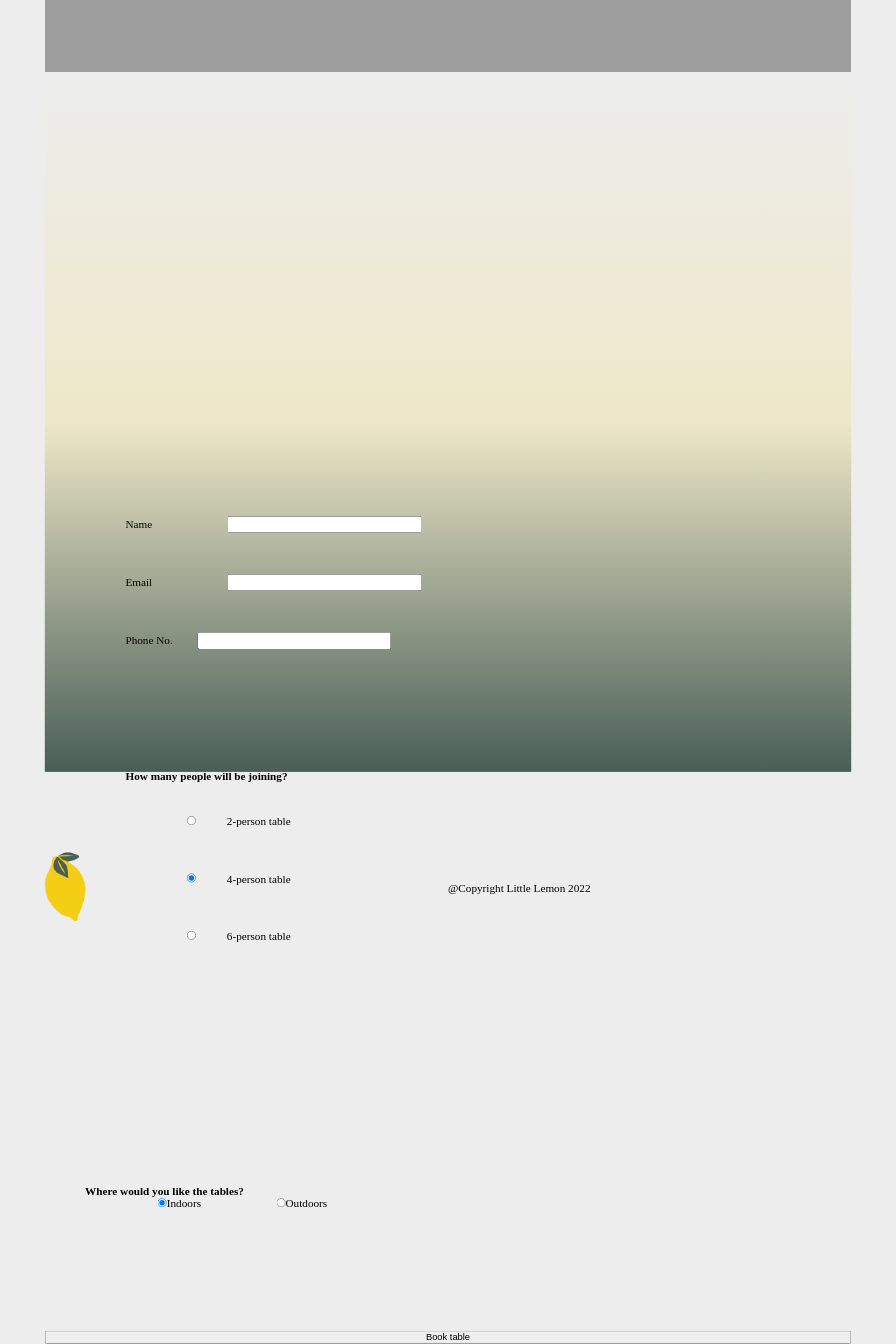
Repository: klone007/littleLemon
Page: index.html
These files come from the project's save history. The page is drawn as it stood at one moment and after the next save; the edit follows.
The browser window is 1280 px wide. The pictures show the part of the page from y = 2864 to 4784 px (the page is 4784 px tall before and 4554 px after), at 70% of full size.
Pictures or frames that could not be fetched are drawn as grey boxes. A picture or video elsewhere on the page could not be fetched, so the positions and the page height are approximate. Backgrounds fixed to the window are drawn as part of the page.

Above is the page before, as saved 2022-11-17 13:41:28.

### index.html
<!DOCTYPE html>
<html lang="en">
<head>
    <meta charset="UTF-8">
    <meta http-equiv="X-UA-Compatible" content="IE=edge">
    <meta name="viewport" content="width=device-width, initial-scale=1.0">
    <title>Little Lemon</title>
    <meta name="author" content="Owned by Maria & Jason">
    <meta name="description" content="Little lemon restaurant">

    <link rel="stylesheet" href="./styles.css">
    <link rel="stylesheet" href="./docs/flickity.css" media="screen">
</head>
<body>
    <script src="./docs/flickity.pkgd.min.js"></script>

<nav class="top-nav navbar-fixed-top">
    <header>
        <a href="#Home">
            <img src="./img/Asset 20@4x.png" alt="logo" />
        </a>
    </header>
    <input id="menu-toggle" type="checkbox" />
    <label class='menu-button-container' for="menu-toggle">
    <div class='menu-button'></div>
  </label>
    <ul class="menu">
        <li><a href="#Home">Home</a></li>
        <li><a href="#Menu">Menu</a></li>
        <li><a href="#mainBook">Book</a></li>
        <li><a href="#About">About</a></li>
    </ul>
</nav>


    <main>
        <h1 id="Home">Our Featured</h1>
        <section class="gallery js-flickity" data-flickity-options='{ "wrapAround": true }'>
            <div class="gallery-cell">
                <img src="https://external-content.duckduckgo.com/iu/?u=https%3A%2F%2Fwww.sightseeingtoursitaly.com%2Fwp-content%2Fuploads%2F2019%2F06%2FFamous-Italian-dishes.jpg&f=1&nofb=1&ipt=5f17ed8798b09670346a59e0c6dda9133987f1fbc826aab0525b9c7dfd5eefc6&ipo=images" alt="" loading="lazy" />
            </div>
            <div class="gallery-cell">
                <img src="https://external-content.duckduckgo.com/iu/?u=https%3A%2F%2Fcdn.websites.hibu.com%2F42205d4164494aec9952633686609fc8%2Fdms3rep%2Fmulti%2Fshutterstock_1048781273.jpg&f=1&nofb=1&ipt=9319afd718bb88107d86b2624e313065a7d3a600e22631227c980300d2d9ea5e&ipo=images" alt="" loading="lazy" />
            </div>
            <div class="gallery-cell">
                <img src="https://external-content.duckduckgo.com/iu/?u=https%3A%2F%2Fdianashealthyliving.com%2Fwp-content%2Fuploads%2F2019%2F09%2FItalian-food-Depositphotos_.jpg&f=1&nofb=1&ipt=6b3899b664b8c8aa324edf4a5f0cf548525f48ccb5f7a4fc71eac060adbfea16&ipo=images" alt="" loading="lazy" />
            </div>
            <div class="gallery-cell">
                <img src="https://external-content.duckduckgo.com/iu/?u=https%3A%2F%2Fwww.lux-review.com%2Fwp-content%2Fuploads%2F2020%2F03%2FPasta-1.jpg&f=1&nofb=1&ipt=236038c1ddcf4aa03c9a1fd1d1489bc57e1f28b597d5af0d285d39a5f3813c10&ipo=images" alt="" />
            </div>
            <div class="gallery-cell">
                <img src="https://external-content.duckduckgo.com/iu/?u=https%3A%2F%2Fthepointsguy.co.uk%2Fwp-content%2Fuploads%2F2020%2F09%2FGettyImages-599272840.jpg&f=1&nofb=1&ipt=aed47e269af3bf5fa11b8c201e77a3612dee3b5e70cd9f18d9500c28e0df9f67&ipo=images" alt="" loading="lazy" />
            </div>
        </section>

        <h1 id="Menu">Menu</h1>
        <section id="mainMenu">
            <article>
                <h3>Dish 1</h3>
                <div>
                    <img src="https://external-content.duckduckgo.com/iu/?u=https%3A%2F%2Fwww.trbimg.com%2Fimg-58b999a4%2Fturbine%2Fct-chicago-modern-classics-food-0308-20170303&f=1&nofb=1&ipt=e55a6103835e539b9ddba910f3aa8f07babc50ec035bc059d606dd24fa5a5659&ipo=images" alt="" />
                    <p>Lorem ipsum dolor sit amet consectetur adipisicing elit. Labore inventore rem quos repellat fugiat consequatur numquam, sapiente aperiam culpa aliquid maiores asperiores! Alias eligendi odit, vero amet aut quia non?</p>
                </div>
            </article>
            <article>
                <h3>Dish 2</h3>
                <div>
                    <img src="https://external-content.duckduckgo.com/iu/?u=https%3A%2F%2Fwww.webivm.com%2Fwp-content%2Fuploads%2F2016%2F12%2FFood-Photos.jpg&f=1&nofb=1&ipt=6a3492d880aad37e76e2c229f1153e1a0fc916bf886f3e4d2b33b8b43cbbb8ba&ipo=images" alt="" />
                    <p>Lorem ipsum dolor sit amet consectetur adipisicing elit. Labore inventore rem quos repellat fugiat consequatur numquam, sapiente aperiam culpa aliquid maiores asperiores! Alias eligendi odit, vero amet aut quia non?</p>
                </div>
            </article>
            <article>
                <h3>Dish 3</h3>
                <div>
                    <img src="https://external-content.duckduckgo.com/iu/?u=https%3A%2F%2Fwww.food-management.com%2Fsites%2Ffood-management.com%2Ffiles%2Fstyles%2Farticle_featured_retina%2Fpublic%2FHawaiiPromo_BU_1.jpg%3Fitok%3Dl8BccNDz&f=1&nofb=1&ipt=f5ae2a2fe3e9c6f5db3d1dd3f7cba8346bc18a211ab68dd1c32996616daafb87&ipo=images" alt="" />
                    <p>Lorem ipsum dolor sit amet consectetur adipisicing elit. Labore inventore rem quos repellat fugiat consequatur numquam, sapiente aperiam culpa aliquid maiores asperiores! Alias eligendi odit, vero amet aut quia non?</p>
                </div>
            </article>
            <article>
                <h3>Dish 4</h3>
                <div>
                    <img src="https://external-content.duckduckgo.com/iu/?u=https%3A%2F%2Fmoroccanfoodtour.com%2Fwp-content%2Fuploads%2F2020%2F05%2FMFT-Tetouan-Food-Tour-5.jpg&f=1&nofb=1&ipt=5d10271906c29c0f482e9af2e71def8f1021706b03ddfc3b13a227a26cf32f92&ipo=images" alt="" />
                    <p>Lorem ipsum dolor sit amet consectetur adipisicing elit. Labore inventore rem quos repellat fugiat consequatur numquam, sapiente aperiam culpa aliquid maiores asperiores! Alias eligendi odit, vero amet aut quia non?</p>
                </div>
            </article>
            <article>
                <h3>Dish 5</h3>
                <div>
                    <img src="https://external-content.duckduckgo.com/iu/?u=https%3A%2F%2Fimg.choice.com.au%2F-%2Fmedia%2Ff738b5b9623b4c90ad0837f98b0ea96b.ashx&f=1&nofb=1&ipt=1635fb9e31ba85f9b28735716f80466546eed1ee7c42d5bcbd6a9909df5d35f2&ipo=images" alt="" />
                    <p>Lorem ipsum dolor sit amet consectetur adipisicing elit. Labore inventore rem quos repellat fugiat consequatur numquam, sapiente aperiam culpa aliquid maiores asperiores! Alias eligendi odit, vero amet aut quia non?</p>
                </div>
            </article>
            <article>
                <h3>Dish 6</h3>
                <div>
                    <img src="https://external-content.duckduckgo.com/iu/?u=https%3A%2F%2Fwww.charlottefashionplate.com%2Fwp-content%2Fuploads%2F2019%2F04%2FFullSizeRender-2019-09-12T093414.937-e1568295666416.jpg&f=1&nofb=1&ipt=a75d703fefdf0bc48c22dafd73ad0c617d56c21db92b64727021d744cfa860a5&ipo=images" alt="" />
                    <p>Lorem ipsum dolor sit amet consectetur adipisicing elit. Labore inventore rem quos repellat fugiat consequatur numquam, sapiente aperiam culpa aliquid maiores asperiores! Alias eligendi odit, vero amet aut quia non?</p>
                </div>
            </article>
        </section>

        <h1 id="About">About</h1>
        <section id="mainAbout">
            <div class="myDIV">
                 <img src="https://external-content.duckduckgo.com/iu/?u=https%3A%2F%2Fst3.depositphotos.com%2F2572561%2F16353%2Fi%2F950%2Fdepositphotos_163534638-stock-photo-two-famous-chefs-discuss-their.jpg&f=1&nofb=1&ipt=b503cf392cbfb92c1189adf6e87bce2d96b5f10e32ff79c8c39acd97c9648224&ipo=images" alt="Little Lemon's chefs" loading="lazy" />
            </div>
            <!-- <div class="hide">
                The image used is stock image from google images.
            </div> -->

            <p>
                Based in Chicago, Illinois, <strong>Little Lemon is a family-owned Mediterranean restaurant</strong>, focused on <strong>traditional recipes served with a
                modern twist.</strong> The chefs draw inspiration from Italian, Greek, and Turkish culture and have a menu of 12–15 items that they rotate
                seasonally. The restaurant has a rustic and relaxed atmosphere with moderate prices, making it a <strong>popular place for a meal any time of
                the day.</strong>
                <br /> <br />
                Little Lemon is <strong>owned by</strong>two Italian brothers, <strong>Mario and Adrian</strong>, who moved to the United States to pursue their shared dream of owning a restaurant.
                To craft the menu, Mario relies on family recipes and his experience as a chef in Italy. Adrian does all the marketing for the restaurant and led the
                effort to expand the menu beyond classic Italian to incorporate additional cuisines from the Mediterranean region.
            </p>
        </section>
        <section id="mainBook">
            <h1>Book</h1>
            <div class="parallax"></div>

            <form class="content" method="post" >

                    <label for="user_Name">Name
                        <input type="text" id="user_Name" name="user_Name" required/>
                    </label>
                    <label for="user_Email">Email
                        <input type="email" id="user_Email" name="user_Email" required/>
                    </label>

                <label for="user_Phone">Phone No.
                    <input type="tel" id="user_Phone" name="user_Phone"/>
                </label>
                <fieldset id="size">
                    <p><strong>How many people will be joining?</strong></p>
                    <label><input type="radio" value="2" name="size" />2-person table</label><br>
                    <label><input type="radio" value="4" name="size" checked/>4-person table</label><br>
                    <label><input type="radio" value="6" name="size" />6-person table</label>
                </fieldset>
                <fieldset id="location">
                    <p><strong>Where would you like the tables?</strong></p>
                    <label><input type="radio" value="indoors" name="location" checked/>Indoors</label>
                    <label><input type="radio" value="outdoors" name="location" />Outdoors</label>
                </fieldset>
                <button type="submit">Book table</button>

            </form>
        </section>
    </main>
    <footer>
        <div >
            <img src="./img/Asset 9@4x.png" alt=""></img>
        </div>
        <div >
            <p>@Copyright Little Lemon 2022</p>
        </div>
    </footer>


</body>
</html>

### styles.css
:root {
    --lemonYelow:#f4ce14;
    --lemonGreen: #495e57;
}


*{
    margin:0;
    padding:0;
    -webkit-box-sizing: border-box;
    box-sizing: border-box;
}

body {
    background-color: #ededed;
    margin-top: 1rem;
    margin-bottom: 1rem;
    margin-left: 5%;
    margin-right: 5%;
}

header  img {
    display: block;
    margin-left: auto;
    margin-right: auto;
    max-width:3rem;
    min-height:3rem;
    animation-duration: 2s;
    animation-name: slideinLeft;
}

.top-nav  ul {
    list-style: none;
    animation-duration: 2s;
    animation-name: slideinRight;
}

.top-nav a {
    text-decoration: none;
    /* color:rgb(252, 227, 8); */
    color:white;
    padding: 10px 30px;
}

.top-nav a:hover {
    color: var(--lemonYelow);
    transform: scale(0.7);
}

.top-nav {
    display: flex;
    flex-direction: row;
    align-items: center;
    justify-content: space-between;
    background-color: #00BAF0;
    /* background: linear-gradient(to left, #214900ef, #ffe5511e); */
    background: linear-gradient(to left, #495e57, #f4cf142c);

    /* W3C, IE 10+/ Edge, Firefox 16+, Chrome 26+, Opera 12+, Safari 7+ */
    color: #FFF;
    height: 50px;
    padding: 1em;
    margin-top: 3%;


  }

  .menu {
    display: flex;
    flex-direction: row;
    list-style-type: none;
    margin: 0;
    padding: 0;
  }

  .menu > li {
    margin: 0 1rem;
    overflow: hidden;
  }

  .menu-button-container {
    display: none;
    height: 100%;
    width: 30px;
    cursor: pointer;
    flex-direction: column;
    justify-content: center;
    align-items: center;
  }

  #menu-toggle {
    display: none;
  }

  .menu-button,
  .menu-button::before,
  .menu-button::after {
    display: block;
    background-color: #fff;
    position: absolute;
    height: 4px;
    width: 30px;
    transition: transform 400ms cubic-bezier(0.23, 1, 0.32, 1);
    border-radius: 2px;
  }

  .menu-button::before {
    content: '';
    margin-top: -8px;
  }

  .menu-button::after {
    content: '';
    margin-top: 8px;
  }

  #menu-toggle:checked + .menu-button-container .menu-button::before {
    margin-top: 0px;
    transform: rotate(405deg);
  }

  #menu-toggle:checked + .menu-button-container .menu-button {
    background: rgba(255, 255, 255, 0);
  }

  #menu-toggle:checked + .menu-button-container .menu-button::after {
    margin-top: 0px;
    transform: rotate(-405deg);
  }

  @media (max-width: 700px) {
    .menu-button-container {
      display: flex;
    }
    .menu {
        z-index:1000;
      position: absolute;
      top: 50px;
      margin-top: 50px;
      left: 0;
      flex-direction: column;
      width: 100%;
      justify-content: center;
      align-items: center;
    }
    #menu-toggle ~ .menu li {
      height: 0;
      margin: 0;
      padding: 0;
      border: 0;
      transition: height 400ms cubic-bezier(0.23, 1, 0.32, 1);
    }
    #menu-toggle:checked ~ .menu li {
      border: 1px solid #333;
      height: 3.5em;
      padding: 0.5em;
      transition: height 400ms cubic-bezier(0.23, 1, 0.32, 1);
    }
    .menu > li {
      display: flex;
      justify-content: center;
      margin: 0;
      padding: 0.5em 0;
      width: 100%;
      color: white;
      background-color: #222;
    }
    .menu > li:not(:last-child) {
      border-bottom: 1px solid #444;
    }
  }

  .navbar-fixed-top{
    position: -webkit-sticky;
    position: sticky;
    top: 0px;
    z-index: 99999;
  }

/* nav {
display: flex;
justify-content: space-between;
}

header > img {
    display: block;
    margin-left: auto;
    margin-right: auto;
    max-width:5rem;
    min-height:5rem;
}

nav  ul {
    list-style: none;
    display: flex;
    justify-content: center;
    align-items: center;

}

nav a:link {
    text-decoration: none;
    color: rgb(5, 107, 5);
    padding: 10px 50px;

}

nav a:hover {
    background-color: green;
    color: antiquewhite;
} */




main  h1 {
    display: flex;
    justify-content: center;
    align-items: center;
    margin-top:5%;
    margin-bottom:3%;
    color:var(--lemonGreen);
    padding-top: 1rem;
}

main  h1:hover{
    /* animation: 1s 1 forwards pulse */
    transform: scale(1.2);
    transition: 0.5s ease-in-out;
}

main img {
    max-width:100%;
    min-height: 100%;
}

.gallery {
    background: #EEE;
    margin-bottom: 5%;
  }

  .gallery-cell {
    width: 50vw;
    height: 30vh;
    margin-left: 10px;
    counter-increment: gallery-cell;
  }

  /* cell number */
  .gallery-cell:before {
    display: block;
    text-align: center;
    content: "";
    line-height: 200px;
    font-size: 80px;
    color: white;
  }



  #mainMenu {
    display: flex;
    flex-wrap: wrap;
    overflow: auto;

}
#mainMenu div {
    display: flex;
    justify-content: center;
    align-items: center;
    gap:2rem;
}

#mainMenu img {
    max-width: 5rem;
    max-height: 5rem;
}
article img:hover {
    transform: scale(4) translate(50%,10%);
    transition: 0.5s ease-in-out;
}

main h3 {
    padding-bottom:1rem
}

main article {
    flex: 1 0 500px;
    box-sizing: border-box;
    margin: 1rem .25em;
    padding:2rem;

    max-width: 25rem;
}

main article:hover {
    color:#f4ce14;
    background-color: var(--lemonGreen);
    box-shadow: inset 0 0 1rem #444;
    border-radius: 5%;
}

@media screen and (min-width: 40em) {
    main article  {
       max-width: calc(50% -  1em);
    }


}

@media screen and (min-width: 60em) {
    main article  {
        max-width: calc(25% - 1em);
    }
}


#mainAbout {
    display: flex;
    flex-direction:column;
    justify-content: center;
    align-items: center;

}

#mainAbout img {
    max-width: 20rem;
    min-height: 20rem;
    margin:5%;
    padding:2rem;
    border-radius: 50%;
    filter:blur(0.5rem) grayscale(100%);
    transition:.5s ease-out;
}
#mainAbout img:hover {
    filter:blur(0rem) grayscale(0%);

}
/* .hide {
    display: none;
    position:absolute;
    left:8%
  } */

  /* .myDIV:hover + .hide {
    display: block;
    color: red;
  } */

#mainAbout p {
    flex: 1 0 500px;
    box-sizing: border-box;
    margin: 1rem .25em;
    padding:1rem;
}

footer {
    display: flex;
    justify-content: center;
    align-items: center;
    margin-top:10%;
}
footer div {
    flex: 1;
}

footer img {
    width:10%;
}
footer img:hover {
    transform:rotate(60deg) ;
   transition: 1s ease;
}



@media screen and (min-width:880px) {

    .gallery-cell {
        width: 70vw;
        height: 70vh;
        margin-left: 10px;
        counter-increment: gallery-cell;
      }

      #mainAbout{
        display: flex;
        justify-content: space-between;
        flex-direction: row;
        margin:1rem;
        gap: 2rem;
    }
    #mainAbout img {
        max-width: 20rem;
        min-height: 20rem;
        margin:5%;
        border-radius: 0;
    }
    #mainAbout p {
        flex: 1 ;
        box-sizing: border-box;
        margin: 1rem .25em;
        padding:1rem;
    }
    article img:hover {
        transform: scale(8) translate(50%,10%);
        transition: 0.5s ease-in-out;
    }

  }




  @keyframes slideinRight {
    from {
      margin-right: -100rem;
      opacity: 0;
    }
    25% {

        margin-right: -10rem;
        opacity: 0.25;
      }
    50% {

    margin-right: -5rem;
    opacity: 0.5;
    }
    75% {

      margin-right: -1rem;
      opacity: 0.75;
    }

    to {
      margin-right: 0rem;
      opacity: 1;
    }
  }


  @keyframes slideinLeft {
    from {
      margin-left: -100rem;
      opacity: 0;

    }

    25% {

    margin-left: -10rem;
    opacity: 0.25;
    }

    50% {

    margin-left: -5rem;
    opacity: 0.5;
    width:50%;
    }
    75% {

    margin-left: -5rem;
    opacity: 0.5;
    width:75%;

    }

    to {
      margin-left: 0rem;
      opacity: 1;
     width:100%;

    }
  }

  .parallax {
    /* The image used */
    background-image: url("https://external-content.duckduckgo.com/iu/?u=https%3A%2F%2Fuplandsouthcandles.com%2Fwp-content%2Fuploads%2F2018%2F07%2F036684.jpg&f=1&nofb=1&ipt=ed1f1ccf7945ddfd3265d2114ec71a6c897354e652921af8277e8d438890888a&ipo=images");

    /* Set a specific height */
    min-height: 500px;

    /* Create the parallax scrolling effect */
    background-attachment: fixed;
    background-position: center;
    background-repeat: no-repeat;
    background-size: cover;
  }

  .content {
    height:1000px;
    background: linear-gradient(#eee20200,#f4cf142c, #495e57);
    display:flex;
    flex-direction: column;
    align-items: stretch;
    padding-top:50%;
}
.content label {
    padding-top:5%;
    padding-left: 10%;
}

#size{
    display: flex;
    flex-direction: column;
    margin: 15% 10%;
    border:0;

}

#size label {
    margin-left:-3rem ;
}

input[name=size] {
    margin:0 5%;
}

#user_Name{
    margin-left:10%;
    padding:0.2rem 3rem;
}


#user_Email{
    margin-left:10%;
    padding:0.2rem 3rem;
}

#user_Phone{
    margin-left:3%;
    padding:0.2rem 3rem;
}

#location{
    border:0;
    margin: 15% 5%;
}

### docs/flickity.css
/*! Flickity v2.3.0
https://flickity.metafizzy.co
---------------------------------------------- */

.flickity-enabled {
  position: relative;
}

.flickity-enabled:focus { outline: none; }

.flickity-viewport {
  overflow: hidden;
  position: relative;
  height: 100%;
}

.flickity-slider {
  position: absolute;
  width: 100%;
  height: 100%;
}

/* draggable */

.flickity-enabled.is-draggable {
  -webkit-tap-highlight-color: transparent;
  -webkit-user-select: none;
     -moz-user-select: none;
      -ms-user-select: none;
          user-select: none;
}

.flickity-enabled.is-draggable .flickity-viewport {
  cursor: move;
  cursor: -webkit-grab;
  cursor: grab;
}

.flickity-enabled.is-draggable .flickity-viewport.is-pointer-down {
  cursor: -webkit-grabbing;
  cursor: grabbing;
}

/* ---- flickity-button ---- */

.flickity-button {
  position: absolute;
  background: hsla(0, 0%, 100%, 0.75);
  border: none;
  color: #333;
}

.flickity-button:hover {
  background: white;
  cursor: pointer;
}

.flickity-button:focus {
  outline: none;
  box-shadow: 0 0 0 5px #19F;
}

.flickity-button:active {
  opacity: 0.6;
}

.flickity-button:disabled {
  opacity: 0.3;
  cursor: auto;
  /* prevent disabled button from capturing pointer up event. #716 */
  pointer-events: none;
}

.flickity-button-icon {
  fill: currentColor;
}

/* ---- previous/next buttons ---- */

.flickity-prev-next-button {
  top: 50%;
  width: 44px;
  height: 44px;
  border-radius: 50%;
  /* vertically center */
  transform: translateY(-50%);
}

.flickity-prev-next-button.previous { left: 10px; }
.flickity-prev-next-button.next { right: 10px; }
/* right to left */
.flickity-rtl .flickity-prev-next-button.previous {
  left: auto;
  right: 10px;
}
.flickity-rtl .flickity-prev-next-button.next {
  right: auto;
  left: 10px;
}

.flickity-prev-next-button .flickity-button-icon {
  position: absolute;
  left: 20%;
  top: 20%;
  width: 60%;
  height: 60%;
}

/* ---- page dots ---- */

.flickity-page-dots {
  position: absolute;
  width: 100%;
  bottom: -25px;
  padding: 0;
  margin: 0;
  list-style: none;
  text-align: center;
  line-height: 1;
}

.flickity-rtl .flickity-page-dots { direction: rtl; }

.flickity-page-dots .dot {
  display: inline-block;
  width: 10px;
  height: 10px;
  margin: 0 8px;
  background: #333;
  border-radius: 50%;
  opacity: 0.25;
  cursor: pointer;
}

.flickity-page-dots .dot.is-selected {
  opacity: 1;
}

Loaded but not shown: docs/flickity.pkgd.min.js (library)

After the next save:
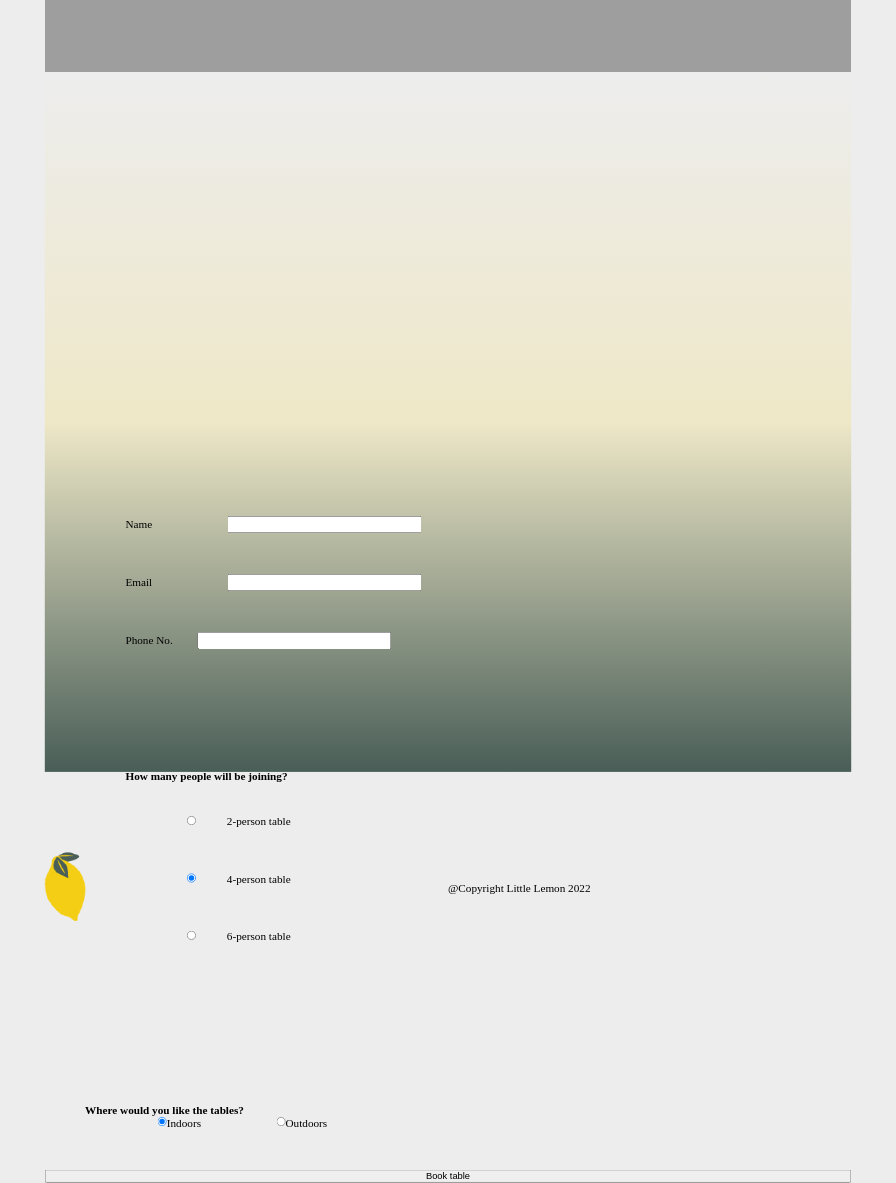
Saved 5 s later.
--- a/styles.css
+++ b/styles.css
@@ -536,5 +536,5 @@
 
 #location{
     border:0;
-    margin: 15% 5%;
-}
+    margin: 5% 5%;
+}
